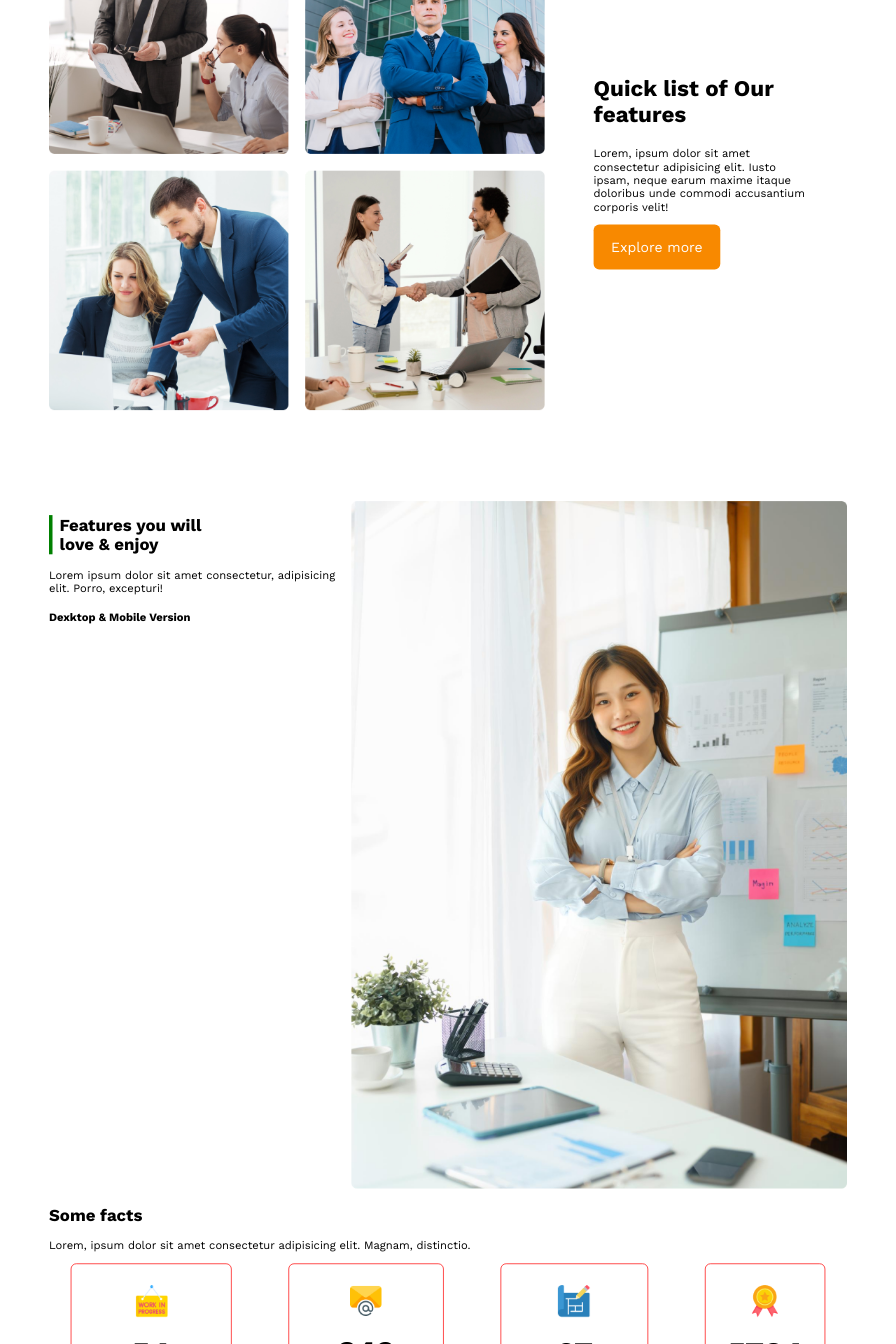
Repository: RudrasahaDibos/architects-resources
Page: index.html
These files come from the project's save history. The page is drawn as it stood at one moment and after the next save; the edit follows.
The browser window is 1280 px wide. The pictures show the part of the page from y = 1247 to 3167 px (the page is 3611 px tall), at 70% of full size.

Above is the page before, as saved 2024-10-07 22:01:21.

### index.html
<!DOCTYPE html>
<html lang="en">
<head>
    <meta charset="UTF-8">
    <meta name="viewport" content="width=device-width, initial-scale=1.0">
    <link rel="stylesheet" href="index.css">
    <title>Responsive web side</title>
</head>
<body>
       <header>
              <nav>
                <h3 class="nav-title">G3-Architects</h3>
              <ul>
                 <li><a href="">Home</a></li>
                 <li><a href="">About</a></li>
                 <li><a href="">Contact us</a></li>
                 <li><a href="">Login</a></li>
              </ul>
              </nav>
             <div class="banner">
                <div class="banner-content">
                     <h1 class="banner-title">Brand New Group of Architects</h1>
                     <p class="banner-discription">Lorem ipsum dolor sit amet consectetur adipisicing elit. Eos earum consequuntur alias suscipit autem ipsam nobis nesciunt repellat doloremque recusandae.</p>
                     <button class="btn-banner">Explore more</button>
                </div>
                 <img src="images/banner.png" alt="">
             </div>

       </header>
       <main>
                <section class="team-container">
                        <div class="team-container-img">
                            <img src="images/team1.png" alt="">
                            <img src="images/team2.png" alt="">
                            <img src="images/team3.png" alt="">
                            <img src="images/team4.png" alt="">
                        </div>
                        <div class="team-content">
                             <h1 class="team-title">Quick list of Our features</h1>
                             <p class="team-discription">Lorem, ipsum dolor sit amet consectetur adipisicing elit. Iusto ipsam, neque earum maxime itaque doloribus unde commodi accusantium corporis velit!</p>
                             <button class="btn-banner">Explore more</button>
                            </div>

                </section >

                 <section class="features-container">
                           <!-- features -->
                <div class="features-content">
                  <h1 class="features-title">Features you will <br> love & enjoy</h1>
                  <p class="features-discription">Lorem ipsum dolor sit amet consectetur, adipisicing elit. Porro, excepturi!</p>
                  <div class="features-card">
                    <h4 class="features-card-title">Dexktop & Mobile Version</h4>
                    <p class="features-card-discription"></p>
                  </div>
                  <div class="features-card">
                    <h4 class="features-card-title"></h4>
                    <p class="features-card-discription"></p>
                  </div>
                  <div class="features-card">
                    <h4 class="features-card-title"></h4>
                    <p class="features-card-discription"></p>
                  </div>
                  <div class="features-card">
                    <h4 class="features-card-title"></h4>
                    <p class="features-card-discription"></p>
                  </div>
              </div>
              <div>
                   <img src="images/architect.png" alt="">
              </div>
                 </section>
                 <!-- some -->
                  <section class="some-container">
                         <h1 class="some-title">Some facts</h1>
                    <p class="some-discription">Lorem, ipsum dolor sit amet consectetur
                      adipisicing elit. Magnam, distinctio.</p>
                   <div class="fact-card-container">
                          <div class="card">
                            <img src="/images/icons/customers.png" alt="">
                            <h2 class="card-start">54</h2>
                            <p class="card-title">Awards Winnings</p>
                          </div>
                          <div class="card">
                            <img src="/images/icons/email.png" alt="">
                            <h2 class="card-start">342</h2>
                            <p class="card-title">Project Finished</p>
                          </div>
                          <div class="card">
                            <img src="/images/icons/projects.png" alt="">
                            <h2 class="card-start">67</h2>
                            <p class="card-title">Clients Worked</p>
                          </div>
                          <div class="card">
                            <img src="/images/icons/ribon.png" alt="">
                            <h2 class="card-start">5734</h2>
                            <p class="card-title">Email Send</p>
                          </div>
                  </div>
                  </section>
                 <!-- Sponsors -->
                  <section class="sponsors-container">

                    <div class="sponsors-title-discription">
                      <h1 class="sponsors-title">Our Sponspors</h1>
                     <p class="sponsors-discription">There are many variations of passages of Lorem Ipsum available, but the majority have suffered alteration.</p>
                    </div>
                      <div class="sponsors-img">
                        <img src="images/sponsors/spotify.png" alt="">
                          <img src="images/sponsors/amazon.png" alt="">
                          <img src="images/sponsors/google.png" alt="">
                          <img src="images/sponsors/telerama.png" alt="">
                          <img src="images/sponsors/figma.png" alt="">
                      </div>
                  </section>

       </main>
       <footer>

       </footer>
</body>
</html>

### index.css
@import url('https://fonts.googleapis.com/css2?family=Work+Sans:ital,wght@0,100..900;1,100..900&display=swap');
/* shared section
 */
*{
    font-family: "Lato", sans-serif;
    font-family: "Open Sans", sans-serif;
    font-family: "Work sans", sans-serif;


}
.btn-banner{
    background-color: rgb(248, 137, 0);
    border-radius: 8px;
    font-size: 20px;
    padding: 20px 25px;
    color: #fff;
    border: 0;

}

/* header section */
header{
    background-color: rgba(255,144,14,0.10);
    padding: 50px 240px;

}
.nav-title{
    font-size: 2.8rem;
    font-weight: 700px;
}
nav{
    display: flex;
    justify-content: space-between;
    align-items: center;
}
nav >ul{
    display: flex;
}
nav li{
    list-style: none;
    margin-right: 30px;
    font-weight: 500px;
    font-size: 1rem;
}
 nav li a{
    text-decoration: none;
    color: #424242;
 }

 /* banner style */

 .banner-content{
    max-width: 800px;
    text-align: center;
    margin: 0 auto;
 }
 .banner-title{
    font-size: 4rem;
    font-weight: 700;
    color: #141414;
 }
 .banner-discription{
    color: #141414;
 }
 .banner img{
    margin-top: 4rem;
    width: 100%;
 }






 /* main  */

 main{
    max-width: 1140px;
    margin: 70px auto;
 }
 .team-container{
    display: flex;
    align-items: center;
 }
 .team-container-img{
    display: grid;
    grid-template-columns: repeat(2,1fr);
    gap: 1.5rem;
 }
 .team-content{
    margin-right: 60px  ;
    margin-left: 70px;
 }
 .team-title{
    font-size: 2.0rem;
 }
 /* features */
.features-container{
    margin-top: 130px;
    display: flex;

}
.features-title{
    border-left: 5px solid green;
    padding-left: 10px;
}
 /* some */
 .fact-card-container{
    display: flex;
    justify-content: space-around;
    gap: 20px;
 }
 .fact-card-container .card{
      border-radius: 8px;
      border: 1px solid red;
      text-align: center;
      padding: 30px;

 }
 .fact-card-container .card-title{
 font-weight: 600;
 font-size: 1.25rem;
 margin-top: 5px;
 }
.fact-card-container .card-start{
    font-size: 2.8rem;
    margin-top: 20px;
    margin-bottom: 10px;
}
/* sponsors */
.sponsors-title-discription{
    padding-top: 50px;
    max-width: 500px;
    margin: 0 auto;
    text-align: center;
}
.sponsors-img{
    margin-top: 40px;
    display: flex;
    justify-content:space-evenly;
    gap: 30px;
}
.sponsors-img img{
    width: 165px;
}

 /* media Quary */
 @media screen and (max-width: 576px) {
    header{
        padding: 20px;
    }
    nav, .team-container,.fact-card-container,.sponsors-img {
        flex-direction: column;
    }
    .team-container-img{
        grid-template-columns: repeat(1,1fr);
    }

    .sponsors-img img{
        margin-left: 160px;
    }

 }

 @media screen and (min-width: 576px) and (max-width: 960px) {
    header{
        padding: 50px;
    }
    nav,.team-container,.fact-card-container,.sponsors-img {
        flex-direction: column;
    }
    .team-container-img{
        grid-template-columns: repeat(1,1fr);
    }
    .team-content{
        margin-right: 50px;
        margin-left: 100px;
    }
    .sponsors-img img{
        margin-left: 280px;
    }


 }

After the next save:
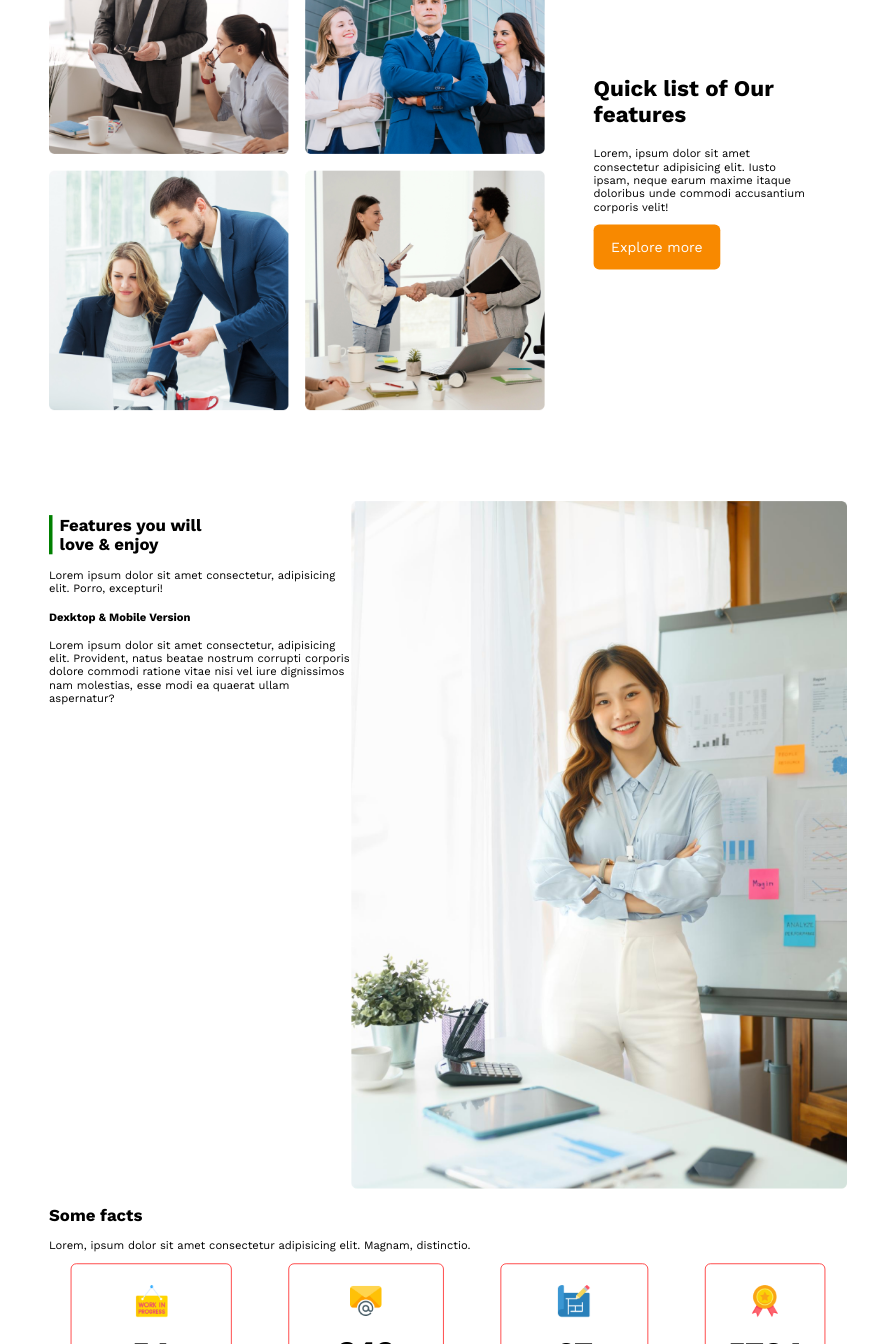
Saved 4 s later.
--- a/index.html
+++ b/index.html
@@ -50,7 +50,7 @@
                   <p class="features-discription">Lorem ipsum dolor sit amet consectetur, adipisicing elit. Porro, excepturi!</p>
                   <div class="features-card">
                     <h4 class="features-card-title">Dexktop & Mobile Version</h4>
-                    <p class="features-card-discription"></p>
+                    <p class="features-card-discription">Lorem ipsum dolor sit amet consectetur, adipisicing elit. Provident, natus beatae nostrum corrupti corporis dolore commodi ratione vitae nisi vel iure dignissimos nam molestias, esse modi ea quaerat ullam aspernatur?</p>
                   </div>
                   <div class="features-card">
                     <h4 class="features-card-title"></h4>
